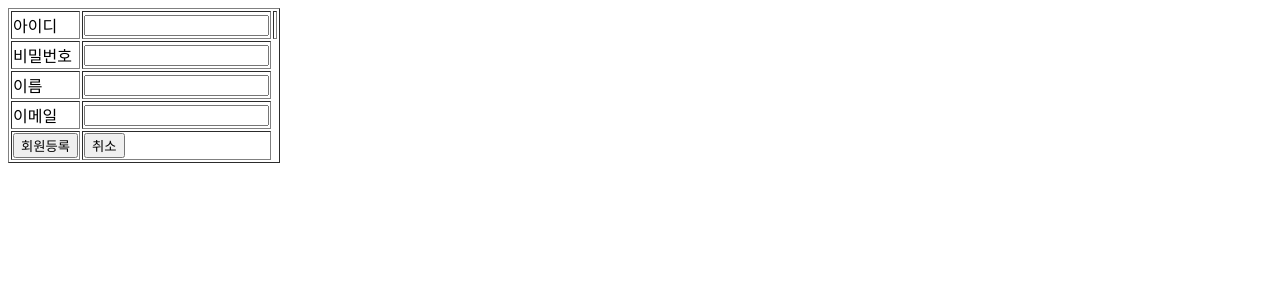
Repository: JungYOsup/Mini_project
Page: http://localhost/EsCape_Room/sign_up_form.jsp
The author's editor kept a copy of each file at every save. The page is drawn from the files as they stood at one save, then again after a run of saves.
The browser window is 1280 px wide. The pictures show the whole page.
The page is served by Tomcat 9.

Above is the page before, as saved 2018-01-16 04:34:47.

After the next 2 saves:
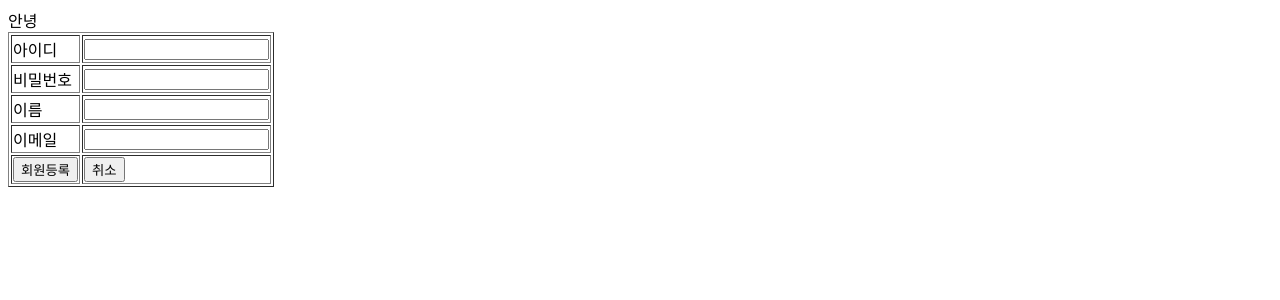
The 2 saves are shown as one change because they came seconds apart.
The last was saved 14 s later.
--- a/EsCape_Room/WebContent/sign_up_form.jsp
+++ b/EsCape_Room/WebContent/sign_up_form.jsp
@@ -43,7 +43,7 @@
 
 	<td>아이디</td>
 	<td><input type="text" name="id" id="idchk" required="required"></td>
-	<td></td>
+	<span>안녕</span>
  	</tr>
 	<tr>
 
